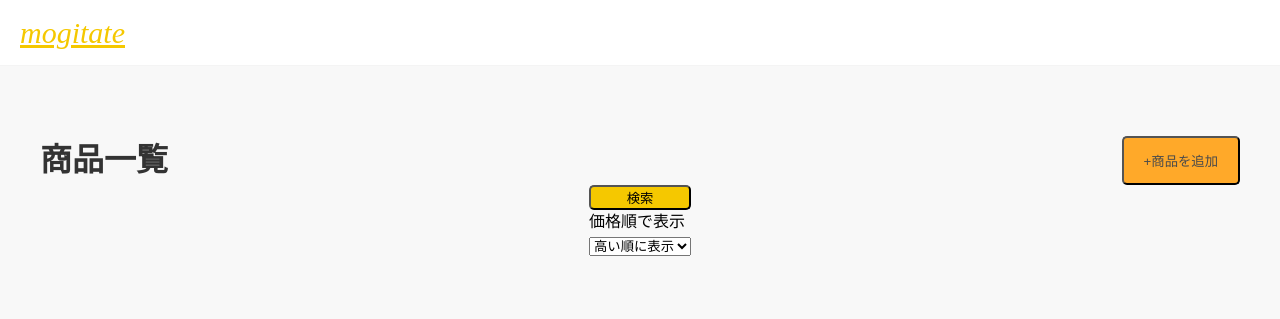
Repository: SuzukiFuminori/test-fruit
Page: http://localhost/products
An editor plug-in stored every save of this project. The page is shown before and after the next save, followed by the edit.
The browser window is 1280 px wide. The pictures show the whole page.
The page is served by the project's Laravel application, run on PHP 8.4 with Laravel 8. Other server files are loaded and not shown. Queries for data that is not in the repository find no rows.

Above is the page before, as saved 2024-12-30 05:48:31.

### src/routes/web.php
<?php

use Illuminate\Support\Facades\Route;
use App\Http\Controllers\ProductController;

/*
|--------------------------------------------------------------------------
| Web Routes
|--------------------------------------------------------------------------
|
| Here is where you can register web routes for your application. These
| routes are loaded by the RouteServiceProvider within a group which
| contains the "web" middleware group. Now create something great!
|
*/

Route::get('/products', [ProductController::class, 'index']);
Route::get('/products/register', [ProductController::class, 'add']);

### src/app/Http/Controllers/ProductController.php
<?php

namespace App\Http\Controllers;
use App\Models\Product;
use Illuminate\Http\Request;

class ProductController extends Controller
{
    // 商品一覧ページの表示
    public function index()
    {
        $products = Product::all();
        return view('index', ['products' => $products]);
    }

    // 商品登録ページの表示
    public function add()
    {
        return view('add');
    }
}

### src/resources/views/index.blade.php
@extends('layouts.default')

@section('title', '商品一覧')

@section('css')
<link rel="stylesheet" href="{{ asset('css/index.css') }}">
@endsection

@section('content')
  <div class="content">
    <div class="content__inner">
      <div class="content-heading">
        <div class="content-heading__title">
          @yield('title')
        </div>
        <div class="content-heading__button">
          <button class="content-heading__button-submit" type="submit">+商品を追加</button>
        </div>
      </div>
      <div class="content-container">
        <div class="search-wrapper">
          <div class="search__input">
            <div class="search__input--text"
            <input type="search" name="name" placeholder="商品名で検索">
          </div>
          <div class="search__button">
            <button class="search__button-submit" >検索</button>
          </div>
          <div class="sort">
            <div class="sort__content">価格順で表示</div>
            <div class="sort__select">
              <select name="select" placeholder="価格で並べ替え">
                <option value="">高い順に表示</option>
                <option value="">低い順に表示</option>
              </select>
            </div>
          </div>
        </div>
      </div>
    </div>
  </div>
@endsection

### src/resources/views/layouts/default.blade.php
<!DOCTYPE html>
<html lang="ja">

<head>
  <meta charset="UTF-8">
  <meta name="viewport" content="width=device-width, initial-scale=1.0">
  <title>@yield('title')</title>
  <link rel="stylesheet" href="{{ asset('css/sanitize.css') }}">
  <link rel="stylesheet" href="{{ asset('css/common.css') }}">
  @yield('css')
</head>

<body>
  <header class="header">
    <div class="header__inner">
      <a class="header__logo" href="/">
        mogitate
      </a>
    </div>
  </header>
  <main>
    @yield('content')
  </main>
</body>

</html>

### src/public/css/sanitize.css
/* Document
* ========================================================================== */

/**
* Add border box sizing in all browsers (opinionated).
*/

*,
::before,
::after {
  box-sizing: border-box;
}

/**
* 1. Add text decoration inheritance in all browsers (opinionated).
* 2. Add vertical alignment inheritance in all browsers (opinionated).
*/

::before,
::after {
  vertical-align: inherit;
  /* 2 */
  text-decoration: inherit;
  /* 1 */
}

/**
* 1. Use the default cursor in all browsers (opinionated).
* 2. Change the line height in all browsers (opinionated).
* 3. Use a 4-space tab width in all browsers (opinionated).
* 4. Remove the grey highlight on links in iOS (opinionated).
* 5. Prevent adjustments of font size after orientation changes in
*    IE on Windows Phone and in iOS.
* 6. Breaks words to prevent overflow in all browsers (opinionated).
*/

html {
  word-break: break-word;
  /* 6 */
  -moz-tab-size: 4;
  /* 3 */
  tab-size: 4;
  /* 3 */
  line-height: 1.5;
  /* 2 */
  cursor: default;
  /* 1 */

  -webkit-tap-highlight-color: transparent
    /* 4 */
  ;
  -ms-text-size-adjust: 100%;
  /* 5 */
  -webkit-text-size-adjust: 100%;
  /* 5 */
}

/* Sections
* ========================================================================== */

/**
* Remove the margin in all browsers (opinionated).
*/

body {
  margin: 0;
}

/**
* Correct the font size and margin on `h1` elements within `section` and
* `article` contexts in Chrome, Edge, Firefox, and Safari.
*/

h1 {
  margin: 0.67em 0;
  font-size: 2em;
}

/* Grouping content
* ========================================================================== */

/**
* Remove the margin on nested lists in Chrome, Edge, IE, and Safari.
*/

dl dl,
dl ol,
dl ul,
ol dl,
ul dl {
  margin: 0;
}

/**
* Remove the margin on nested lists in Edge 18- and IE.
*/

ol ol,
ol ul,
ul ol,
ul ul {
  margin: 0;
}

/**
* 1. Add the correct sizing in Firefox.
* 2. Show the overflow in Edge 18- and IE.
*/

hr {
  overflow: visible;
  /* 2 */
  height: 0;
  /* 1 */
}

/**
* Add the correct display in IE.
*/

main {
  display: block;
}

/**
* Remove the list style on navigation lists in all browsers (opinionated).
*/

nav ol,
nav ul {
  padding: 0;
  list-style: none;
}

/**
* 1. Correct the inheritance and scaling of font size in all browsers.
* 2. Correct the odd `em` font sizing in all browsers.
*/

pre {
  font-size: 1em;
  /* 2 */
  font-family: monospace, monospace;
  /* 1 */
}

/* Text-level semantics
* ========================================================================== */

/**
* Remove the gray background on active links in IE 10.
*/

a {
  background-color: transparent;
}

/**
* Add the correct text decoration in Edge 18-, IE, and Safari.
*/

abbr[title] {
  text-decoration: underline;
  text-decoration: underline dotted;
}

/**
* Add the correct font weight in Chrome, Edge, and Safari.
*/

b,
strong {
  font-weight: bolder;
}

/**
* 1. Correct the inheritance and scaling of font size in all browsers.
* 2. Correct the odd `em` font sizing in all browsers.
*/

code,
kbd,
samp {
  font-size: 1em;
  /* 2 */
  font-family: monospace, monospace;
  /* 1 */
}

/**
* Add the correct font size in all browsers.
*/

small {
  font-size: 80%;
}

/* Embedded content
* ========================================================================== */

/*
* Change the alignment on media elements in all browsers (opinionated).
*/

audio,
canvas,
iframe,
img,
svg,
video {
  vertical-align: middle;
}

/**
* Add the correct display in IE 9-.
*/

audio,
video {
  display: inline-block;
}

/**
* Add the correct display in iOS 4-7.
*/

audio:not([controls]) {
  display: none;
  height: 0;
}

/**
* Remove the border on iframes in all browsers (opinionated).
*/

iframe {
  border-style: none;
}

/**
* Remove the border on images within links in IE 10-.
*/

img {
  border-style: none;
}

/**
* Change the fill color to match the text color in all browsers (opinionated).
*/

svg:not([fill]) {
  fill: currentColor;
}

/**
* Hide the overflow in IE.
*/

svg:not(:root) {
  overflow: hidden;
}

/* Tabular data
* ========================================================================== */

/**
* Collapse border spacing in all browsers (opinionated).
*/

table {
  border-collapse: collapse;
}

/* Forms
* ========================================================================== */

/**
* Remove the margin on controls in Safari.
*/

button,
input,
select {
  margin: 0;
}

/**
* 1. Show the overflow in IE.
* 2. Remove the inheritance of text transform in Edge 18-, Firefox, and IE.
*/

button {
  overflow: visible;
  /* 1 */
  text-transform: none;
  /* 2 */
}

/**
* Correct the inability to style buttons in iOS and Safari.
*/

button,
[type="button"],
[type="reset"],
[type="submit"] {
  -webkit-appearance: button;
}

/**
* 1. Change the inconsistent appearance in all browsers (opinionated).
* 2. Correct the padding in Firefox.
*/

fieldset {
  padding: 0.35em 0.75em 0.625em;
  /* 2 */
  border: 1px solid #a0a0a0;
  /* 1 */
}

/**
* Show the overflow in Edge 18- and IE.
*/

input {
  overflow: visible;
}

/**
* 1. Correct the text wrapping in Edge 18- and IE.
* 2. Correct the color inheritance from `fieldset` elements in IE.
*/

legend {
  display: table;
  /* 1 */
  max-width: 100%;
  /* 1 */
  color: inherit;
  /* 2 */
  white-space: normal;
  /* 1 */
}

/**
* 1. Add the correct display in Edge 18- and IE.
* 2. Add the correct vertical alignment in Chrome, Edge, and Firefox.
*/

progress {
  display: inline-block;
  /* 1 */
  vertical-align: baseline;
  /* 2 */
}

/**
* Remove the inheritance of text transform in Firefox.
*/

select {
  text-transform: none;
}

/**
* 1. Remove the margin in Firefox and Safari.
* 2. Remove the default vertical scrollbar in IE.
* 3. Change the resize direction in all browsers (opinionated).
*/

textarea {
  overflow: auto;
  /* 2 */
  margin: 0;
  /* 1 */
  resize: vertical;
  /* 3 */
}

/**
* Remove the padding in IE 10-.
*/

[type="checkbox"],
[type="radio"] {
  padding: 0;
}

/**
* 1. Correct the odd appearance in Chrome, Edge, and Safari.
* 2. Correct the outline style in Safari.
*/

[type="search"] {
  outline-offset: -2px;
  /* 2 */

  -webkit-appearance: textfield;
  /* 1 */
}

/**
* Correct the cursor style of increment and decrement buttons in Safari.
*/

::-webkit-inner-spin-button,
::-webkit-outer-spin-button {
  height: auto;
}

/**
* Correct the text style of placeholders in Chrome, Edge, and Safari.
*/

::-webkit-input-placeholder {
  color: inherit;
  opacity: 0.54;
}

/**
* Remove the inner padding in Chrome, Edge, and Safari on macOS.
*/

::-webkit-search-decoration {
  -webkit-appearance: none;
}

/**
* 1. Correct the inability to style upload buttons in iOS and Safari.
* 2. Change font properties to `inherit` in Safari.
*/

::-webkit-file-upload-button {
  font: inherit;
  /* 2 */

  -webkit-appearance: button;
  /* 1 */
}

/**
* Remove the inner border and padding of focus outlines in Firefox.
*/

::-moz-focus-inner {
  padding: 0;
  border-style: none;
}

/**
* Restore the focus outline styles unset by the previous rule in Firefox.
*/

:-moz-focusring {
  outline: 1px dotted ButtonText;
}

/**
* Remove the additional :invalid styles in Firefox.
*/

:-moz-ui-invalid {
  box-shadow: none;
}

/* Interactive
* ========================================================================== */

/*
* Add the correct display in Edge 18- and IE.
*/

details {
  display: block;
}

/*
* Add the correct styles in Edge 18-, IE, and Safari.
*/

dialog {
  position: absolute;
  right: 0;
  left: 0;
  display: block;
  margin: auto;
  padding: 1em;
  width: -moz-fit-content;
  width: -webkit-fit-content;
  width: fit-content;
  height: -moz-fit-content;
  height: -webkit-fit-content;
  height: fit-content;
  border: solid;
  background-color: white;
  color: black;
}

dialog:not([open]) {
  display: none;
}

/*
* Add the correct display in all browsers.
*/

summary {
  display: list-item;
}

/* Scripting
* ========================================================================== */

/**
* Add the correct display in IE 9-.
*/

canvas {
  display: inline-block;
}

/**
* Add the correct display in IE.
*/

template {
  display: none;
}

/* User interaction
* ========================================================================== */

/*
* 1. Remove the tapping delay in IE 10.
* 2. Remove the tapping delay on clickable elements
in all browsers (opinionated).
*/

a,
area,
button,
input,
label,
select,
summary,
textarea,
[tabindex] {
  -ms-touch-action: manipulation;
  /* 1 */
  touch-action: manipulation;
  /* 2 */
}

/**
* Add the correct display in IE 10-.
*/

[hidden] {
  display: none;
}

/* Accessibility
* ========================================================================== */

/**
* Change the cursor on busy elements in all browsers (opinionated).
*/

[aria-busy="true"] {
  cursor: progress;
}

/*
* Change the cursor on control elements in all browsers (opinionated).
*/

[aria-controls] {
  cursor: pointer;
}

/*
* Change the cursor on disabled, not-editable, or otherwise
* inoperable elements in all browsers (opinionated).
*/

[aria-disabled="true"],
[disabled] {
  cursor: not-allowed;
}

/*
* Change the display on visually hidden accessible elements
* in all browsers (opinionated).
*/

[aria-hidden="false"][hidden] {
  display: initial;
}

[aria-hidden="false"][hidden]:not(:focus) {
  position: absolute;
  clip: rect(0, 0, 0, 0);
}

### src/public/css/common.css
.header {
  background: white;
}

.header__inner {
  margin: 0 auto;
  padding: 10px 20px;
  border-bottom: solid 1px #f4f4f4;
}

.header__logo {
  font-family: jsMath-cmti10;
  font-size: 30px;
  color: #F5C800;
  font-weight: 500;
  font-style: italic;
}

### src/public/css/index.css
.content {
  background: #f8f8f8;
}

.content__inner {
  margin: 0 auto;
  padding: 70px 0;
}

.content-heading {
  display: flex;
  justify-content: space-between;
  margin: 0 auto;
  padding: 0 40px 0;
}

.content-heading__title {
  font-family: "Hiragino Kaku Gothic Pro";
  font-size: 32px;
  color: #333333;
  font-weight: 600;
}

.content-heading__button-submit {
  padding: 13px 20px;
  background:#ffa929;
  color: #4B4B4B;
  border-radius: 5px;
}

.content-container {
  display: flex;
  justify-content: center;
  padding: 0 40px 0;
}

.search {
  border-bottom: solid 1px;
}

.search__input {
  padding-bottom: 20px;
}

.search__button-submit {
  width: 100%;
  padding: 10px auto;
  background: #F5C800;
  border-radius: 5px;
}

Loaded but not shown: src/app/Http/Controllers/Controller.php (common file); src/app/Models/Product.php (common file)

After the next save:
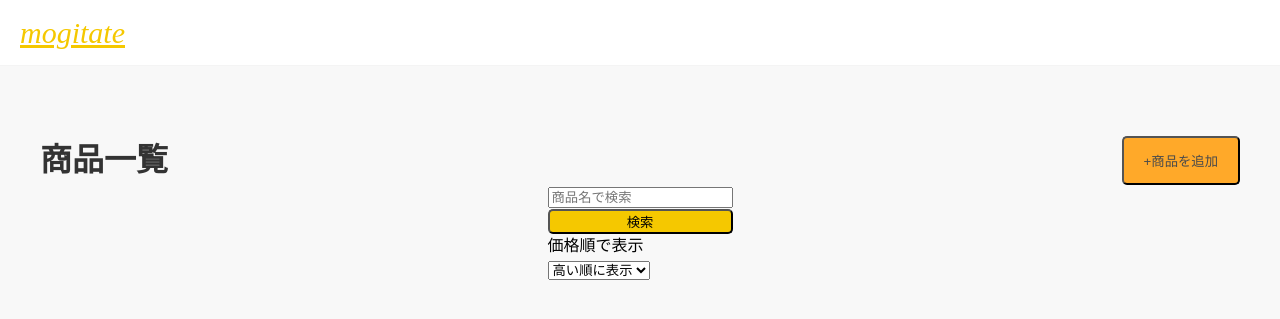
Saved 4 s later.
--- a/src/resources/views/index.blade.php
+++ b/src/resources/views/index.blade.php
@@ -20,7 +20,7 @@
       <div class="content-container">
         <div class="search-wrapper">
           <div class="search__input">
-            <div class="search__input--text"
+            <div class="search__input--text">
             <input type="search" name="name" placeholder="商品名で検索">
           </div>
           <div class="search__button">
